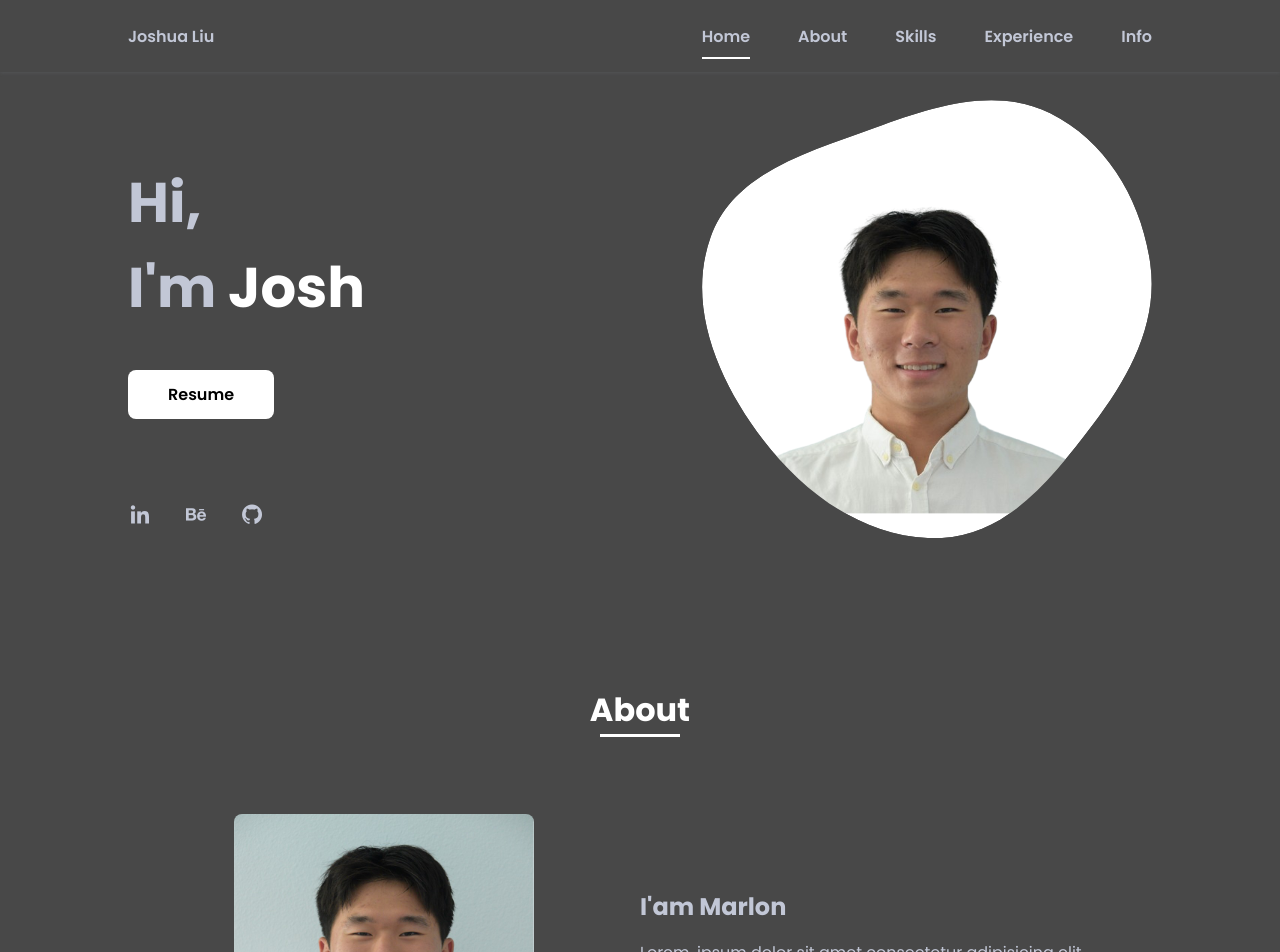
Repository: joshliu14/joshliu14.github.io
Page: index.html
An editor plug-in stored every save of this project. The page is shown before and after the next save, followed by the edit.
The browser window is 1280 px wide. The pictures show the part of the page from y = 0 to 952 px (the page is 3355 px tall).
A picture or video elsewhere on the page could not be fetched, so the positions and the page height are approximate.

Above is the page before, as saved 2024-01-31 23:38:33.

### index.html
<!DOCTYPE html>
<html lang="en">
  <head>
    <meta charset="UTF-8" />
    <meta name="viewport" content="width=device-width, initial-scale=1.0" />

    <link rel="stylesheet" href="assets/css/web.css" />

    <!-- =====BOX ICONS===== -->
    <link
      href="https://cdn.jsdelivr.net/npm/boxicons@2.0.5/css/boxicons.min.css"
      rel="stylesheet"
    />

    <title>Joshua Liu</title>
  </head>
  <body>
    <!--===== HEADER =====-->
    <header class="l-header">
      <nav class="nav bd-grid">
        <div>
          <a href="#" class="nav__logo">Joshua Liu</a>
        </div>

        <div class="nav__menu" id="nav-menu">
          <ul class="nav__list">
            <li class="nav__item">
              <a href="#home" class="nav__link active-link">Home</a>
            </li>
            <li class="nav__item">
              <a href="#about" class="nav__link">About</a>
            </li>
            <li class="nav__item">
              <a href="#skills" class="nav__link">Skills</a>
            </li>
            <li class="nav__item">
              <a href="#work" class="nav__link">Experience</a>
            </li>
            <li class="nav__item">
              <a href="#contact" class="nav__link">Info</a>
            </li>
          </ul>
        </div>

        <div class="nav__toggle" id="nav-toggle">
          <i class="bx bx-menu"></i>
        </div>
      </nav>
    </header>

    <main class="l-main">
      <!--===== HOME =====-->
      <section class="home bd-grid" id="home">
        <div class="home__data">
          <h1 class="home__title">
            Hi,<br />I'm <span class="home__title-color">Josh</span><br />
          </h1>

          <a href="resume.pdf" class="button">Resume</a>
        </div>

        <div class="home__social">
          <a
            href="https://www.linkedin.com/in/joshua-liu-727847208/"
            class="home__social-icon"
            ><i class="bx bxl-linkedin"></i
          ></a>
          <a href="" class="home__social-icon"
            ><i class="bx bxl-behance"></i
          ></a>
          <a href="https://github.com/joshliu14" class="home__social-icon"
            ><i class="bx bxl-github"></i
          ></a>
        </div>

        <div class="home__img">
          <svg
            class="home__blob"
            viewBox="0 0 479 467"
            xmlns="http://www.w3.org/2000/svg"
            xmlns:xlink="http://www.w3.org/1999/xlink"
          >
            <mask id="mask0" mask-type="alpha">
              <path
                d="M9.19024 145.964C34.0253 76.5814 114.865 54.7299 184.111 29.4823C245.804 6.98884 311.86 -14.9503 370.735 14.143C431.207 44.026 467.948 107.508 477.191 174.311C485.897 237.229 454.931 294.377 416.506 344.954C373.74 401.245 326.068 462.801 255.442 466.189C179.416 469.835 111.552 422.137 65.1576 361.805C17.4835 299.81 -17.1617 219.583 9.19024 145.964Z"
              />
            </mask>
            <g mask="url(#mask0)">
              <path
                d="M9.19024 145.964C34.0253 76.5814 114.865 54.7299 184.111 29.4823C245.804 6.98884 311.86 -14.9503 370.735 14.143C431.207 44.026 467.948 107.508 477.191 174.311C485.897 237.229 454.931 294.377 416.506 344.954C373.74 401.245 326.068 462.801 255.442 466.189C179.416 469.835 111.552 422.137 65.1576 361.805C17.4835 299.81 -17.1617 219.583 9.19024 145.964Z"
              />
              <image
                class="home__blob-img"
                x="50"
                y="80"
                href="assets/img/profile.png"
              />
            </g>
          </svg>
        </div>
      </section>

      <!--===== ABOUT =====-->
      <section class="about section" id="about">
        <h2 class="section-title">About</h2>

        <div class="about__container bd-grid">
          <div class="about__img">
            <img src="assets/img/about.png" alt="" />
          </div>

          <div>
            <h2 class="about__subtitle">I'am Marlon</h2>
            <p class="about__text">
              Lorem, ipsum dolor sit amet consectetur adipisicing elit.
              Voluptate cum expedita quo culpa tempora, assumenda, quis fugiat
              ut voluptates soluta, aut earum nemo recusandae cumque
              perferendis! Recusandae alias accusamus atque.
            </p>
          </div>
        </div>
      </section>

      <!--===== SKILLS =====-->
      <section class="skills section" id="skills">
        <h2 class="section-title">Skills</h2>

        <div class="skills__container bd-grid">
          <div>
            <h2 class="skills__subtitle">Profesional Skills</h2>
            <p class="skills__text">
              Lorem ipsum dolor sit, amet consectetur adipisicing elit. Velit
              optio id vero amet, alias architecto consectetur error eum eaque
              sit.
            </p>
            <div class="skills__data">
              <div class="skills__names">
                <i class="bx bxl-html5 skills__icon"></i>
                <span class="skills__name">HTML5</span>
              </div>
              <div class="skills__bar skills__html"></div>
              <div>
                <span class="skills__percentage">95%</span>
              </div>
            </div>
            <div class="skills__data">
              <div class="skills__names">
                <i class="bx bxl-css3 skills__icon"></i>
                <span class="skills__name">CSS3</span>
              </div>
              <div class="skills__bar skills__css"></div>
              <div>
                <span class="skills__percentage">85%</span>
              </div>
            </div>
            <div class="skills__data">
              <div class="skills__names">
                <i class="bx bxl-javascript skills__icon"></i>
                <span class="skills__name">JAVASCRIPT</span>
              </div>
              <div class="skills__bar skills__js"></div>
              <div>
                <span class="skills__percentage">65%</span>
              </div>
            </div>
            <div class="skills__data">
              <div class="skills__names">
                <i class="bx bxs-paint skills__icon"></i>
                <span class="skills__name">UX/UI</span>
              </div>
              <div class="skills__bar skills__ux"></div>
              <div>
                <span class="skills__percentage">85%</span>
              </div>
            </div>
          </div>

          <div>
            <img src="assets/img/work3.jpg" alt="" class="skills__img" />
          </div>
        </div>
      </section>

      <!--===== WORK =====-->
      <section class="work section" id="work">
        <h2 class="section-title">Work</h2>

        <div class="work__container bd-grid">
          <a href="" class="work__img">
            <img src="assets/img/work1.jpg" alt="" />
          </a>
          <a href="" class="work__img">
            <img src="assets/img/work2.jpg" alt="" />
          </a>
          <a href="" class="work__img">
            <img src="assets/img/work3.jpg" alt="" />
          </a>
          <a href="" class="work__img">
            <img src="assets/img/work4.jpg" alt="" />
          </a>
          <a href="" class="work__img">
            <img src="assets/img/work5.jpg" alt="" />
          </a>
          <a href="" class="work__img">
            <img src="assets/img/work6.jpg" alt="" />
          </a>
        </div>
      </section>

      <!--===== CONTACT =====-->
      <section class="contact section" id="contact">
        <h2 class="section-title">Info</h2>
        <p class="contact__input">joshuagyliu@gmail.com</p>
        <p class="contact__input">949-551-8585</p>
        <p class="contact__input">Boston, MA</p>
      </section>
    </main>

    <!--===== FOOTER =====-->
    <footer class="footer">
      <p class="footer__title">Josh Liu</p>
      <div class="footer__social">
        <a href="#" class="footer__icon"><i class="bx bxl-facebook"></i></a>
        <a href="#" class="footer__icon"><i class="bx bxl-instagram"></i></a>
        <a href="#" class="footer__icon"><i class="bx bxl-twitter"></i></a>
      </div>
      <p class="footer__copy">&#169; Joshua Liu</p>
    </footer>

    <!--===== SCROLL REVEAL =====-->
    <script src="https://unpkg.com/scrollreveal"></script>

    <!--===== MAIN JS =====-->
    <script src="assets/js/main.js"></script>
  </body>
</html>

### assets/css/web.css
/*===== GOOGLE FONTS =====*/
@import url("https://fonts.googleapis.com/css2?family=Poppins:wght@400;600;700&display=swap");
/*===== VARIABLES CSS =====*/
:root {
  --header-height: 3rem;
  --font-semi: 600;
  /*===== Colores =====*/
  /*Purple 260 - Red 355 - Blue 224 - Pink 340*/
  /* HSL color mode */
  --hue-color: 224;
  --first-color: hsl(var(--hue-color), 0%, 100%);
  --second-color: hsl(var(--hue-color), 20%, 80%);
  /*===== Fuente y tipografia =====*/
  --body-font: "Poppins", sans-serif;
  --big-font-size: 2rem;
  --h2-font-size: 1.25rem;
  --normal-font-size: 0.938rem;
  --smaller-font-size: 0.75rem;
  /*===== Margenes =====*/
  --mb-2: 1rem;
  --mb-4: 2rem;
  --mb-5: 2.5rem;
  --mb-6: 3rem;
  /*===== z index =====*/
  --z-back: -10;
  --z-fixed: 100;
}
@media screen and (min-width: 968px) {
  :root {
    --big-font-size: 3.5rem;
    --h2-font-size: 2rem;
    --normal-font-size: 1rem;
    --smaller-font-size: 0.875rem;
  }
}

/*===== BASE =====*/
*,
::before,
::after {
  box-sizing: border-box;
}

html {
  scroll-behavior: smooth;
}

body {
  margin: var(--header-height) 0 0 0;
  font-family: var(--body-font);
  font-size: var(--normal-font-size);
  color: var(--second-color);
  background-color: #484848;
}

h1,
h2,
p {
  margin: 0;
}

ul {
  margin: 0;
  padding: 0;
  list-style: none;
}

a {
  text-decoration: none;
}

img {
  max-width: 100%;
  height: auto;
  display: block;
}

/*===== CLASS CSS ===== */
.section-title {
  position: relative;
  font-size: var(--h2-font-size);
  color: var(--first-color);
  margin-top: var(--mb-2);
  margin-bottom: var(--mb-4);
  text-align: center;
}
.section-title::after {
  position: absolute;
  content: "";
  width: 64px;
  height: 0.18rem;
  left: 0;
  right: 0;
  margin: auto;
  top: 2rem;
  background-color: var(--first-color);
}

.section {
  padding-top: 3rem;
  padding-bottom: 2rem;
}

/*===== LAYOUT =====*/
.bd-grid {
  max-width: 1024px;
  display: grid;
  margin-left: var(--mb-2);
  margin-right: var(--mb-2);
}

.l-header {
  width: 100%;
  position: fixed;
  top: 0;
  left: 0;
  z-index: var(--z-fixed);
  background-color: #484848;
  box-shadow: 0 1px 4px rgba(146, 161, 176, 0.15);
}

/*===== NAV =====*/
.nav {
  height: var(--header-height);
  display: flex;
  justify-content: space-between;
  align-items: center;
  font-weight: var(--font-semi);
}
@media screen and (max-width: 767px) {
  .nav__menu {
    position: fixed;
    top: var(--header-height);
    right: -100%;
    width: 80%;
    height: 100%;
    padding: 2rem;
    background-color: var(--second-color);
    transition: 0.5s;
  }
}
.nav__item {
  margin-bottom: var(--mb-4);
}
.nav__link {
  position: relative;
  color: #fff;
}
.nav__link:hover {
  position: relative;
}
.nav__link:hover::after {
  position: absolute;
  content: "";
  width: 100%;
  height: 0.18rem;
  left: 0;
  top: 2rem;
  background-color: var(--first-color);
}
.nav__logo {
  color: var(--second-color);
}
.nav__toggle {
  color: var(--second-color);
  font-size: 1.5rem;
  cursor: pointer;
}

/*Active menu*/
.active-link::after {
  position: absolute;
  content: "";
  width: 100%;
  height: 0.18rem;
  left: 0;
  top: 2rem;
  background-color: var(--first-color);
}

/*=== Show menu ===*/
.show {
  right: 0;
}

/*===== HOME =====*/
.home {
  position: relative;
  row-gap: 5rem;
  padding: 4rem 0 5rem;
}
.home__data {
  align-self: center;
}
.home__title {
  font-size: var(--big-font-size);
  margin-bottom: var(--mb-5);
}
.home__title-color {
  color: var(--first-color);
}
.home__social {
  display: flex;
  flex-direction: column;
}
.home__social-icon {
  width: max-content;
  margin-bottom: var(--mb-2);
  font-size: 1.5rem;
  color: var(--second-color);
}
.home__social-icon:hover {
  color: var(--first-color);
}
.home__img {
  position: absolute;
  right: 0;
  bottom: 0;
  width: 260px;
}
.home__blob {
  fill: var(--first-color);
}
.home__blob-img {
  width: 360px;
  border-radius: 50%;
}

/*BUTTONS*/
.button {
  display: inline-block;
  background-color: var(--first-color);
  color: #000000;
  padding: 0.75rem 2.5rem;
  font-weight: var(--font-semi);
  border-radius: 0.5rem;
  transition: 0.3s;
}
.button:hover {
  box-shadow: 0px 10px 36px rgba(0, 0, 0, 0.15);
}

/* ===== ABOUT =====*/
.about__container {
  row-gap: 2rem;
  text-align: center;
}
.about__subtitle {
  margin-bottom: var(--mb-2);
}
.about__img {
  justify-self: center;
}
.about__img img {
  width: 200px;
  border-radius: 0.5rem;
}

/* ===== SKILLS =====*/
.skills__container {
  row-gap: 2rem;
  text-align: center;
}
.skills__subtitle {
  margin-bottom: var(--mb-2);
}
.skills__text {
  margin-bottom: var(--mb-4);
}
.skills__data {
  display: flex;
  justify-content: space-between;
  align-items: center;
  position: relative;
  font-weight: var(--font-semi);
  padding: 0.5rem 1rem;
  margin-bottom: var(--mb-4);
  border-radius: 0.5rem;
  box-shadow: 0px 4px 25px rgba(14, 36, 49, 0.15);
}
.skills__icon {
  font-size: 2rem;
  margin-right: var(--mb-2);
  color: var(--first-color);
}
.skills__names {
  display: flex;
  align-items: center;
}
.skills__bar {
  position: absolute;
  left: 0;
  bottom: 0;
  background-color: var(--first-color);
  height: 0.25rem;
  border-radius: 0.5rem;
  z-index: var(--z-back);
}
.skills__html {
  width: 95%;
}
.skills__css {
  width: 85%;
}
.skills__js {
  width: 65%;
}
.skills__ux {
  width: 85%;
}
.skills__img {
  border-radius: 0.5rem;
}

/* ===== WORK =====*/
.work__container {
  row-gap: 2rem;
}
.work__img {
  box-shadow: 0px 4px 25px rgba(14, 36, 49, 0.15);
  border-radius: 0.5rem;
  overflow: hidden;
}
.work__img img {
  transition: 1s;
}
.work__img img:hover {
  transform: scale(1.1);
}

/* ===== CONTACT =====*/
.contact__input {
  text-align: center;
  font-size: var(--normal-font-size);
  font-weight: var(--font-semi);
  padding: 1rem;
  margin-bottom: var(--mb-4);
}

/* ===== FOOTER =====*/
.footer {
  background-color: var(--second-color);
  color: #484848;
  text-align: center;
  font-weight: var(--font-semi);
  padding: 2rem 0;
}
.footer__title {
  font-size: 2rem;
  margin-bottom: var(--mb-4);
}
.footer__social {
  margin-bottom: var(--mb-4);
}
.footer__icon {
  font-size: 1.5rem;
  color: #484848;
  margin: 0 var(--mb-2);
}
.footer__copy {
  font-size: var(--smaller-font-size);
}

/* ===== MEDIA QUERIES=====*/
@media screen and (max-width: 320px) {
  .home {
    row-gap: 2rem;
  }
  .home__img {
    width: 200px;
  }
}
@media screen and (min-width: 576px) {
  .home {
    padding: 4rem 0 2rem;
  }
  .home__social {
    padding-top: 0;
    padding-bottom: 2.5rem;
    flex-direction: row;
    align-self: flex-end;
  }
  .home__social-icon {
    margin-bottom: 0;
    margin-right: var(--mb-4);
  }
  .home__img {
    width: 300px;
    bottom: 25%;
  }
  .about__container {
    grid-template-columns: repeat(2, 1fr);
    align-items: center;
    text-align: initial;
  }
  .skills__container {
    grid-template-columns: 0.7fr;
    justify-content: center;
    column-gap: 1rem;
  }
  .work__container {
    grid-template-columns: repeat(2, 1fr);
    column-gap: 2rem;
    padding-top: 2rem;
  }
}
@media screen and (min-width: 768px) {
  body {
    margin: 0;
  }
  .section {
    padding-top: 4rem;
    padding-bottom: 3rem;
  }
  .section-title {
    margin-bottom: var(--mb-6);
  }
  .section-title::after {
    width: 80px;
    top: 3rem;
  }
  .nav {
    height: calc(var(--header-height) + 1.5rem);
  }
  .nav__list {
    display: flex;
    padding-top: 0;
  }
  .nav__item {
    margin-left: var(--mb-6);
    margin-bottom: 0;
  }
  .nav__toggle {
    display: none;
  }
  .nav__link {
    color: var(--second-color);
  }
  .home {
    padding: 8rem 0 2rem;
  }
  .home__img {
    width: 400px;
    bottom: 10%;
  }
  .about__container {
    padding-top: 2rem;
  }
  .about__img img {
    width: 300px;
  }
  .skills__container {
    grid-template-columns: repeat(2, 1fr);
    column-gap: 2rem;
    align-items: center;
    text-align: initial;
  }
  .work__container {
    grid-template-columns: repeat(3, 1fr);
    column-gap: 2rem;
  }
}
@media screen and (min-width: 992px) {
  .bd-grid {
    margin-left: auto;
    margin-right: auto;
  }
  .home {
    padding: 10rem 0 2rem;
  }
  .home__img {
    width: 450px;
  }
}

### assets/js/main.js
/*===== MENU SHOW =====*/
const showMenu = (toggleId, navId) => {
  const toggle = document.getElementById(toggleId),
    nav = document.getElementById(navId);

  if (toggle && nav) {
    toggle.addEventListener("click", () => {
      nav.classList.toggle("show");
    });
  }
};
showMenu("nav-toggle", "nav-menu");

/*==================== REMOVE MENU MOBILE ====================*/
const navLink = document.querySelectorAll(".nav__link");

function linkAction() {
  const navMenu = document.getElementById("nav-menu");
  // When we click on each nav__link, we remove the show-menu class
  navMenu.classList.remove("show");
}
navLink.forEach((n) => n.addEventListener("click", linkAction));

/*==================== SCROLL SECTIONS ACTIVE LINK ====================*/
const sections = document.querySelectorAll("section[id]");

const scrollActive = () => {
  const scrollDown = window.scrollY;

  sections.forEach((current) => {
    const sectionHeight = current.offsetHeight,
      sectionTop = current.offsetTop - 58,
      sectionId = current.getAttribute("id"),
      sectionsClass = document.querySelector(
        ".nav__menu a[href*=" + sectionId + "]"
      );

    if (scrollDown > sectionTop && scrollDown <= sectionTop + sectionHeight) {
      sectionsClass.classList.add("active-link");
    } else {
      sectionsClass.classList.remove("active-link");
    }
  });
};
window.addEventListener("scroll", scrollActive);

/*===== SCROLL REVEAL ANIMATION =====*/
const sr = ScrollReveal({
  origin: "top",
  distance: "60px",
  duration: 2000,
  delay: 200,
  //     reset: true
});

sr.reveal(".home__data, .about__img, .skills__subtitle, .skills__text", {});
sr.reveal(".home__img, .about__subtitle, .about__text, .skills__img", {
  delay: 400,
});
sr.reveal(".home__social-icon", { interval: 200 });
sr.reveal(".skills__data, .work__img, .contact__input", { interval: 200 });

After the next save:
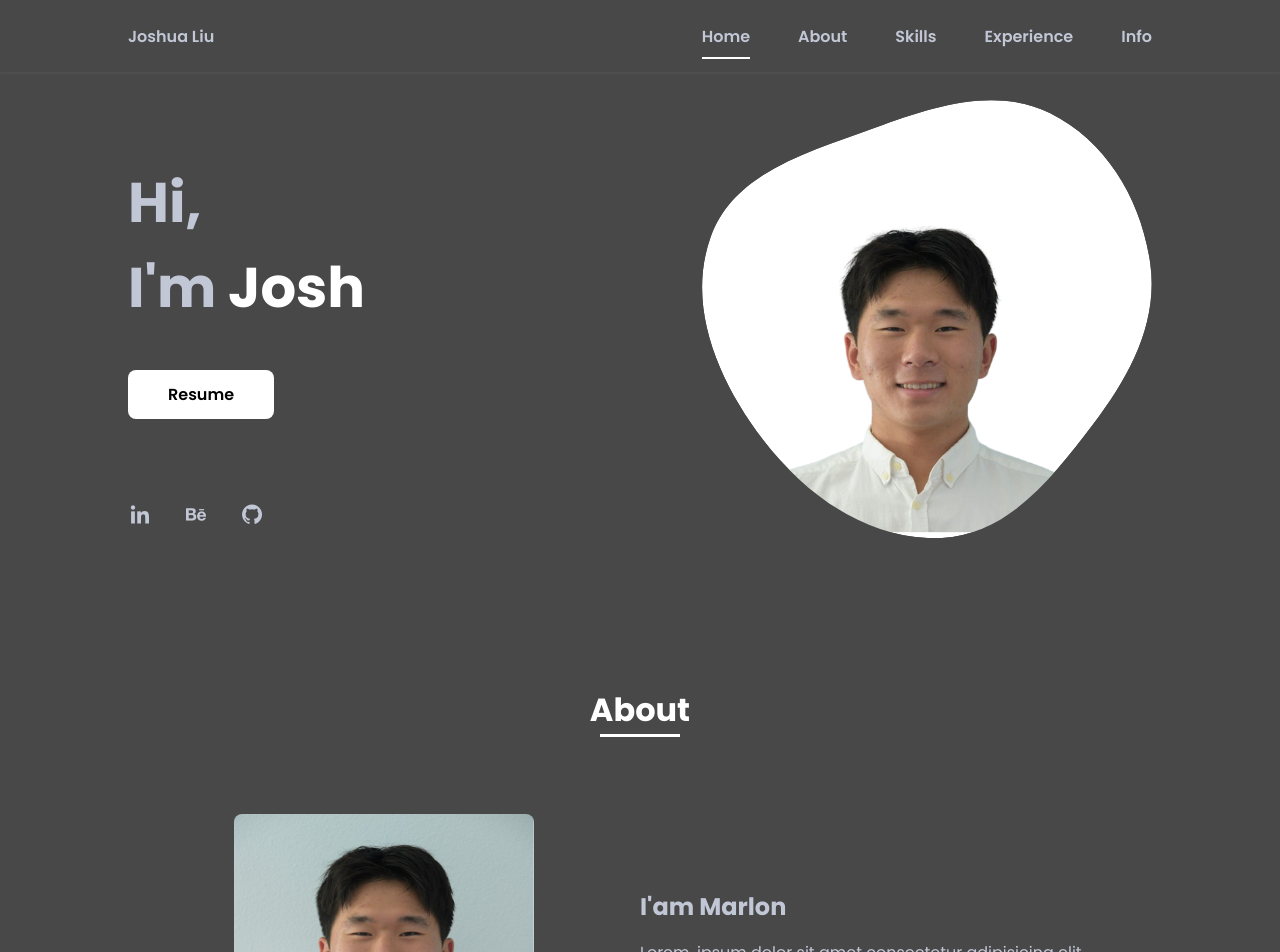
Saved 4 s later.
--- a/index.html
+++ b/index.html
@@ -92,7 +92,7 @@
               <image
                 class="home__blob-img"
                 x="50"
-                y="80"
+                y="100"
                 href="assets/img/profile.png"
               />
             </g>
